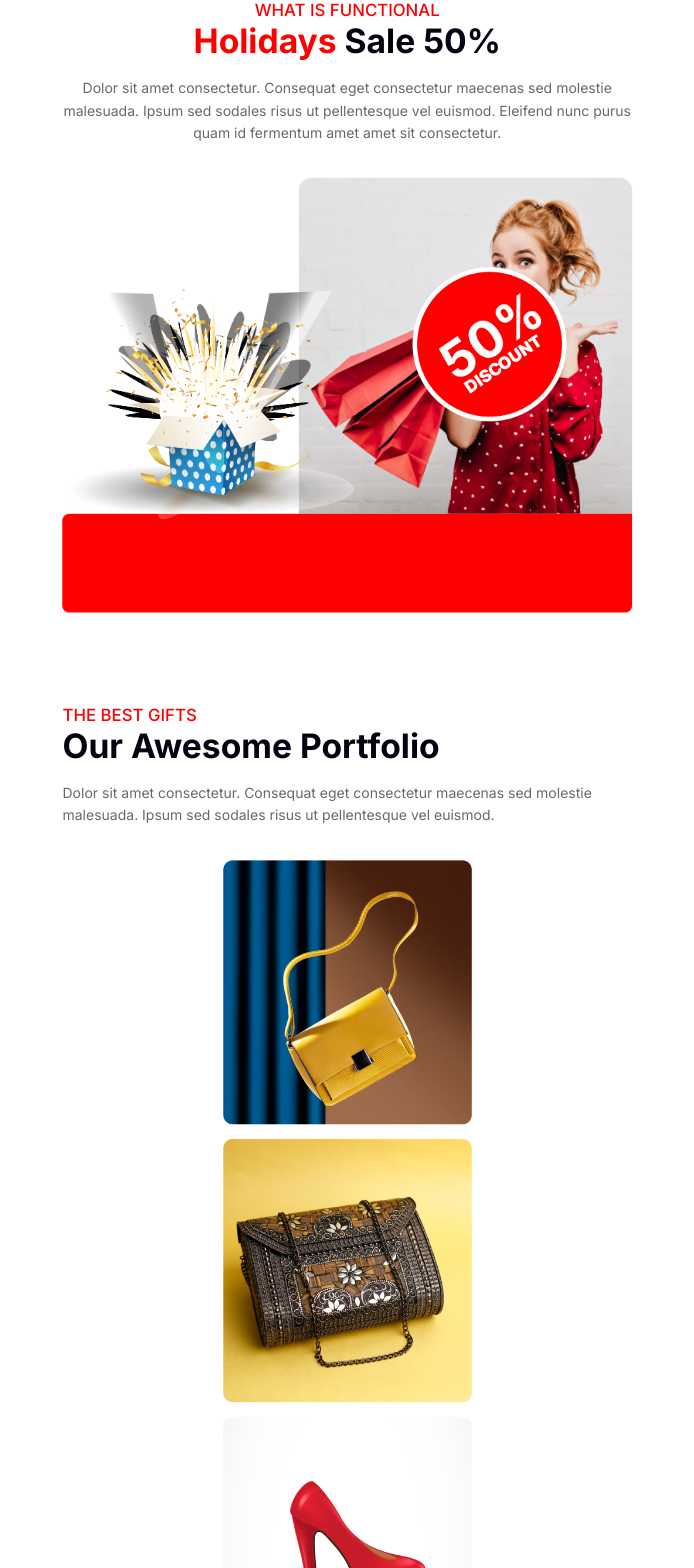
Repository: ShouravAhammed/simple-responsive-new-year
Page: index.html
These files come from the project's save history. The page is drawn as it stood at one moment and after the next save; the edit follows.
The browser window is 992 px wide. The pictures show the part of the page from y = 0 to 2240 px (the page is 5046 px tall), at 70% of full size.

Above is the page before, as saved 2024-01-11 18:34:26.

After the next save:
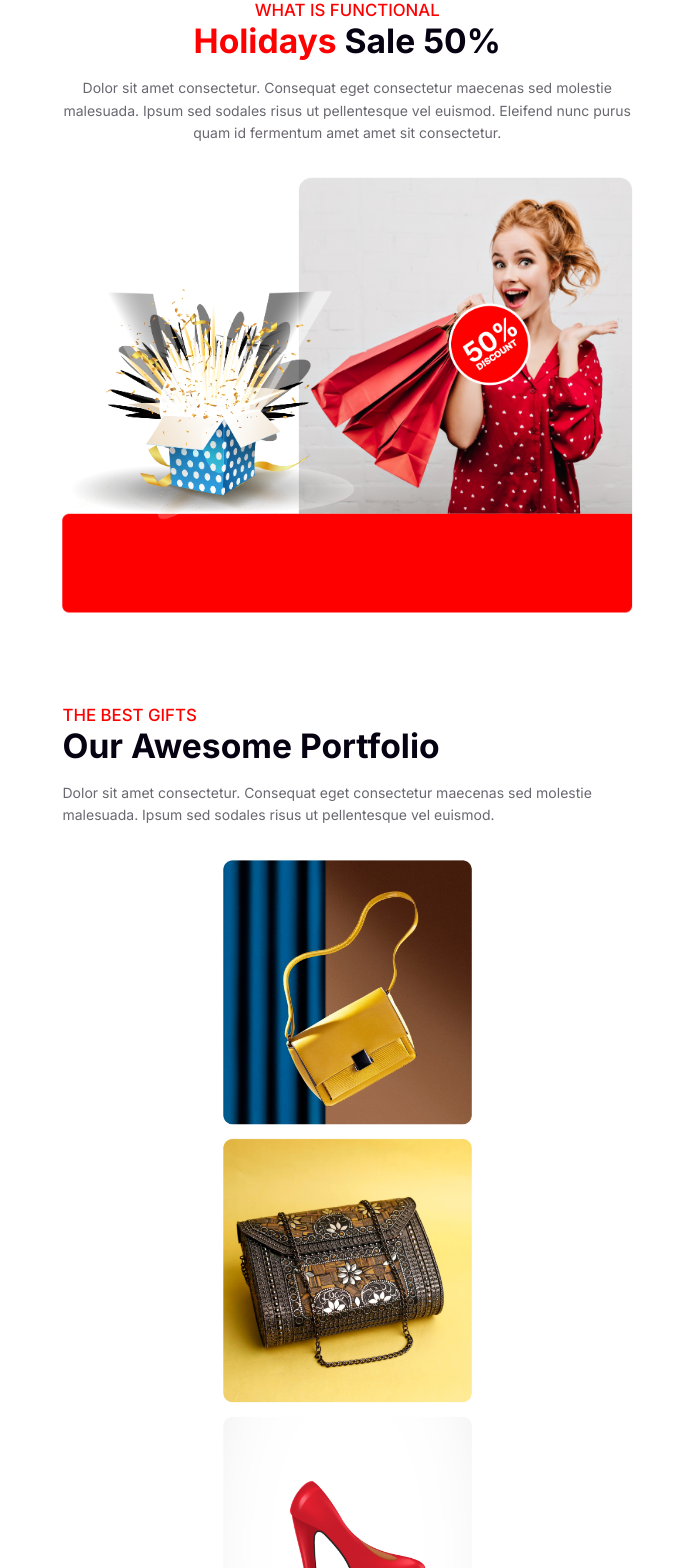
Saved 2 min 40 s later.
--- a/Style/style.css
+++ b/Style/style.css
@@ -613,6 +613,9 @@
         bottom: -90px;
         left: 10px;
     }
+    .holiday-back-img .holiday-discount-content img {
+        max-width: 40%;
+    }
     .holiday-back-img .holiday-discount-content {
         width: 100%;
     }
